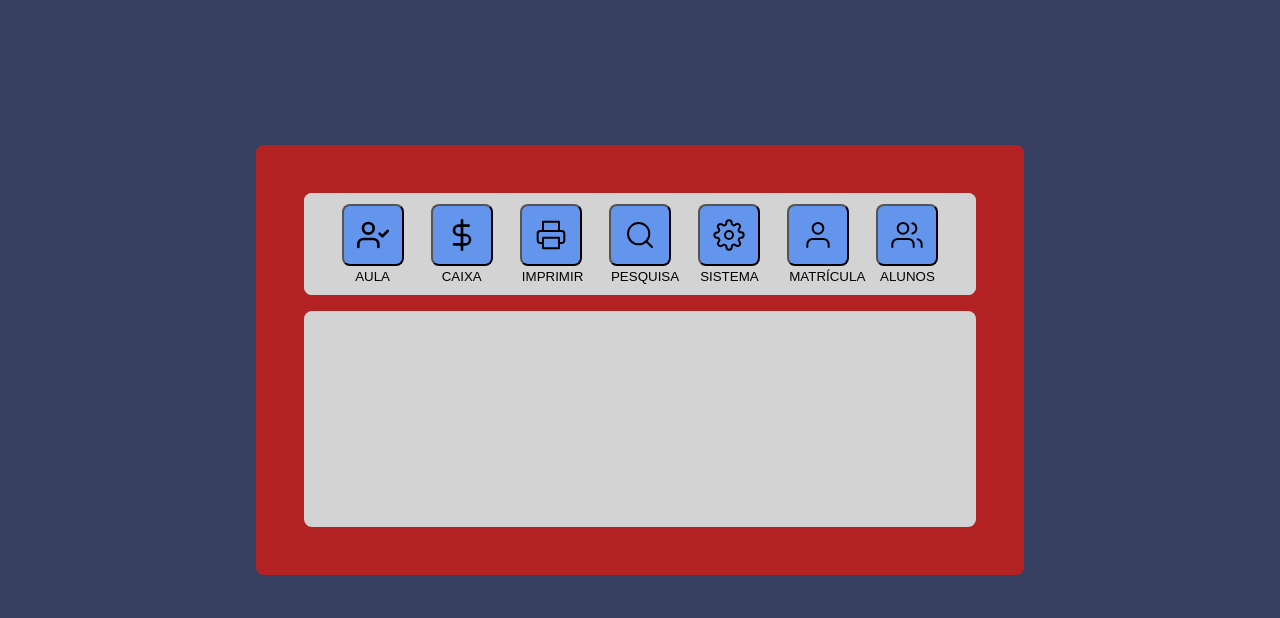
Repository: samantaProspero/projeto_integrador
Page: Versão Atual/PI_Vanila/index.html
These files come from the project's save history. The page is drawn as it stood at one moment and after the next save; the edit follows.
The browser window is 1280 px wide. The pictures show the whole page.

Above is the page before, as saved 2021-11-06 12:44:45.
Not found: Versão Atual/PI_Vanila/js/script.js

After the next save:
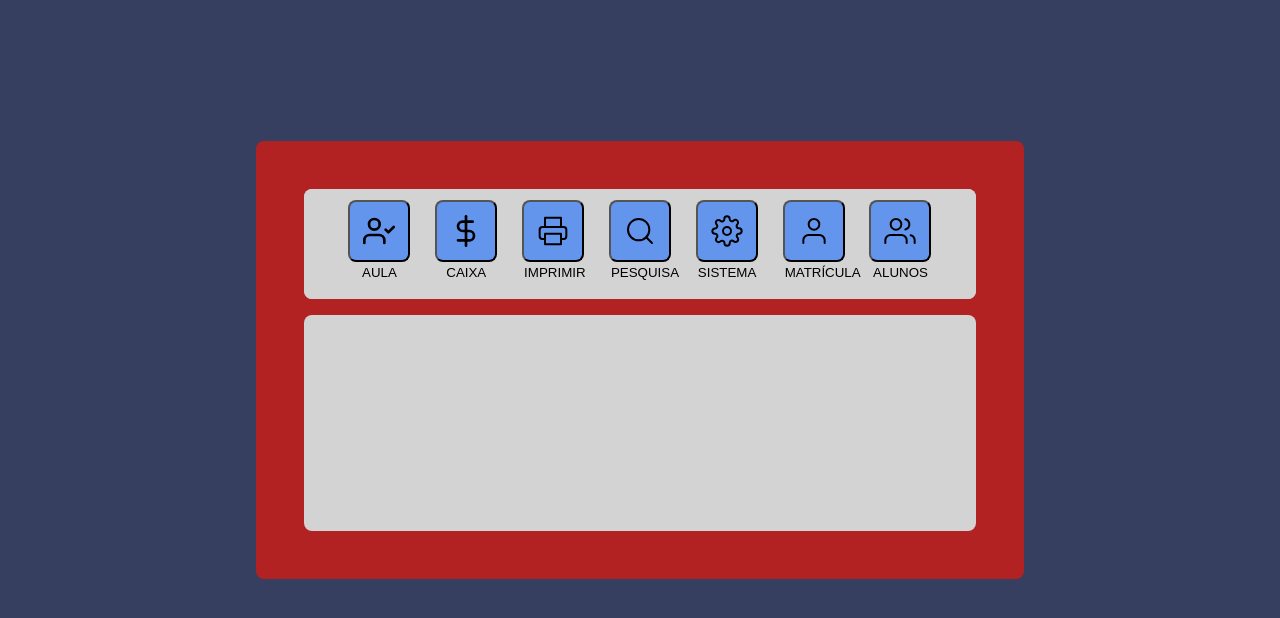
Saved 6 s later.
--- a/Versão Atual/PI_Vanila/_css/style.css
+++ b/Versão Atual/PI_Vanila/_css/style.css
@@ -42,7 +42,7 @@
 display: flex;
 justify-content: space-around;
 align-items: flex-start;
-padding: 1.5rem;
+padding: 2rem;
 border-radius:  8px;
 
 padding-top: 0.7rem;

After the save that followed:
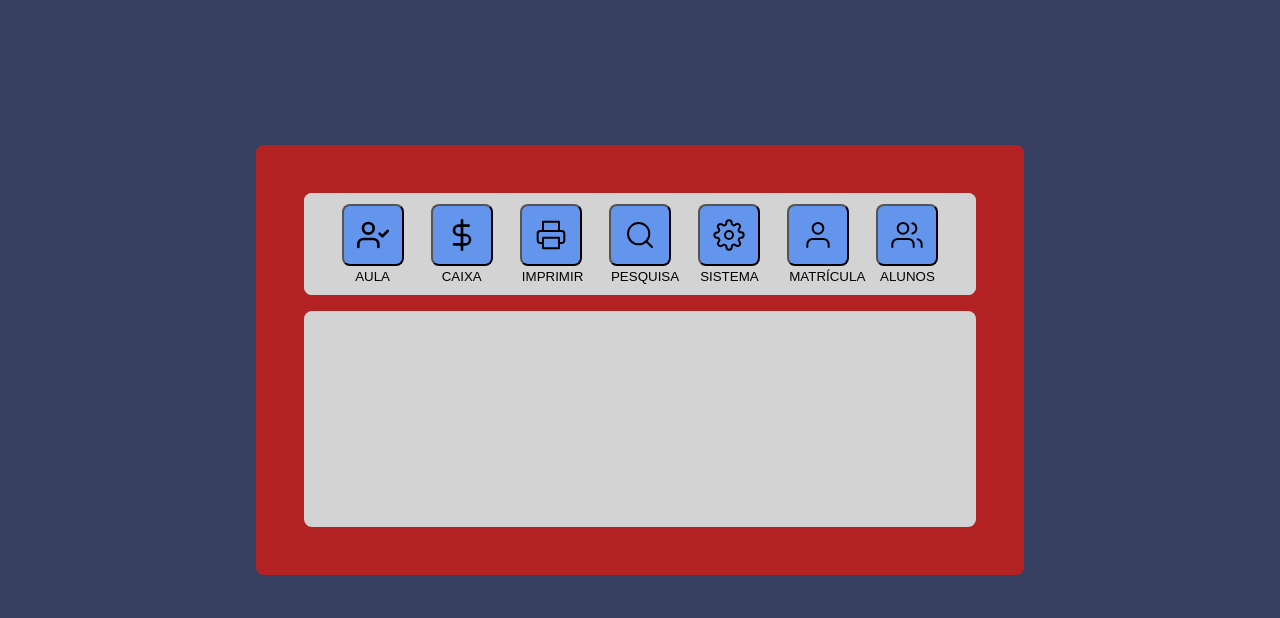
Saved 8 s later.
--- a/Versão Atual/PI_Vanila/_css/style.css
+++ b/Versão Atual/PI_Vanila/_css/style.css
@@ -42,7 +42,7 @@
 display: flex;
 justify-content: space-around;
 align-items: flex-start;
-padding: 2rem;
+padding: 1.5rem;
 border-radius:  8px;
 
 padding-top: 0.7rem;
